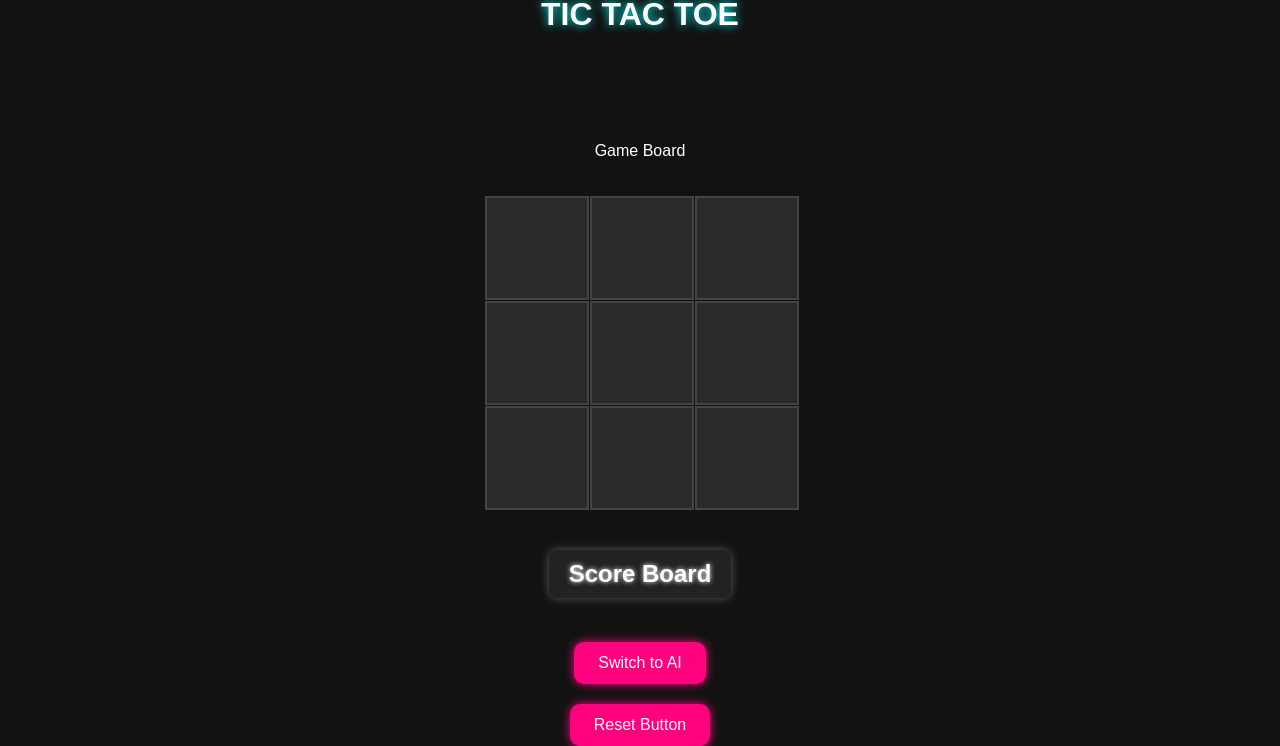
Repository: Yash19075/TicTacToe-game
Page: TicTacToe.html
These files come from the project's save history. The page is drawn as it stood at one moment and after the next save; the edit follows.
The browser window is 1280 px wide. The pictures show the whole page.

Above is the page before, as saved 2025-03-09 11:09:08.

After the next save:
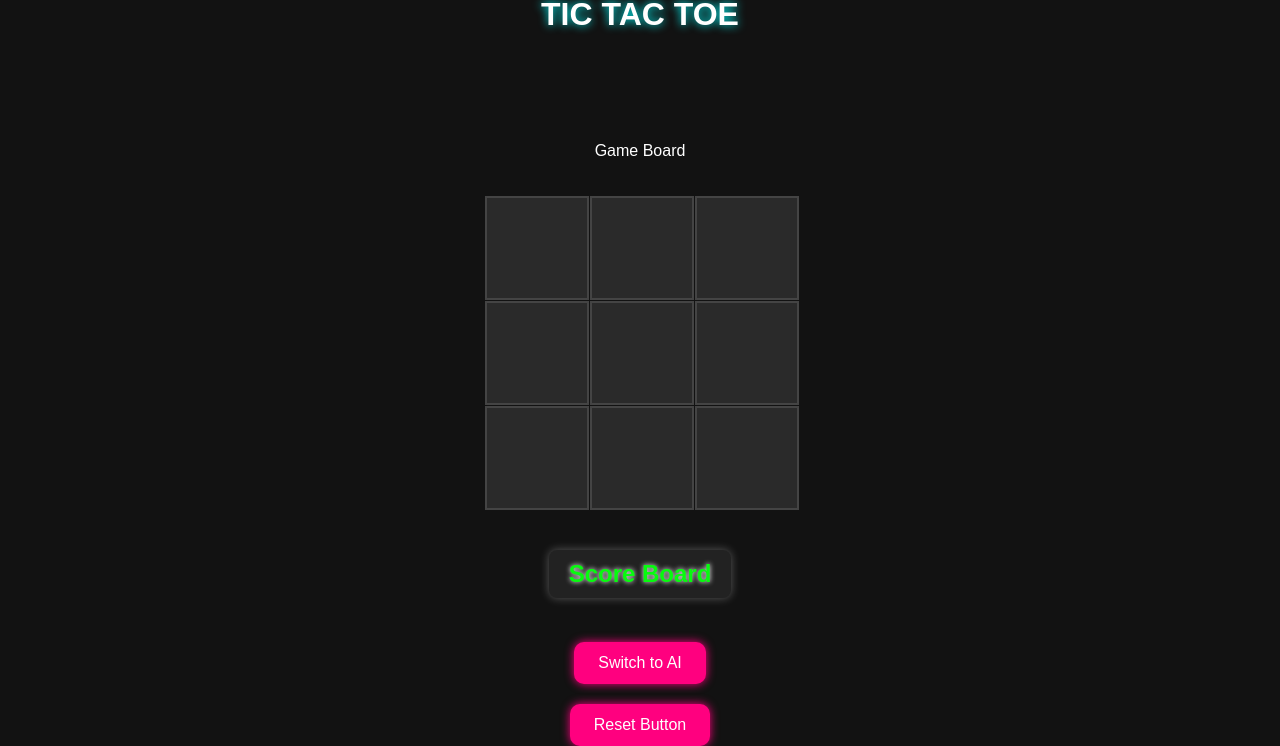
Saved 29 s later.
--- a/TicTacToe.css
+++ b/TicTacToe.css
@@ -72,7 +72,7 @@ h1 {
     padding: 10px 20px;
     border-radius: 8px;
     background-color: #222; /* Dark background */
-    color: white;
+    color: rgb(6, 251, 14);
     text-shadow: 0 0 5px #ffffff;
     box-shadow: 0 0 10px rgba(255, 255, 255, 0.3);
     transition: background-color 0.3s ease-in-out, box-shadow 0.3s ease-in-out;
